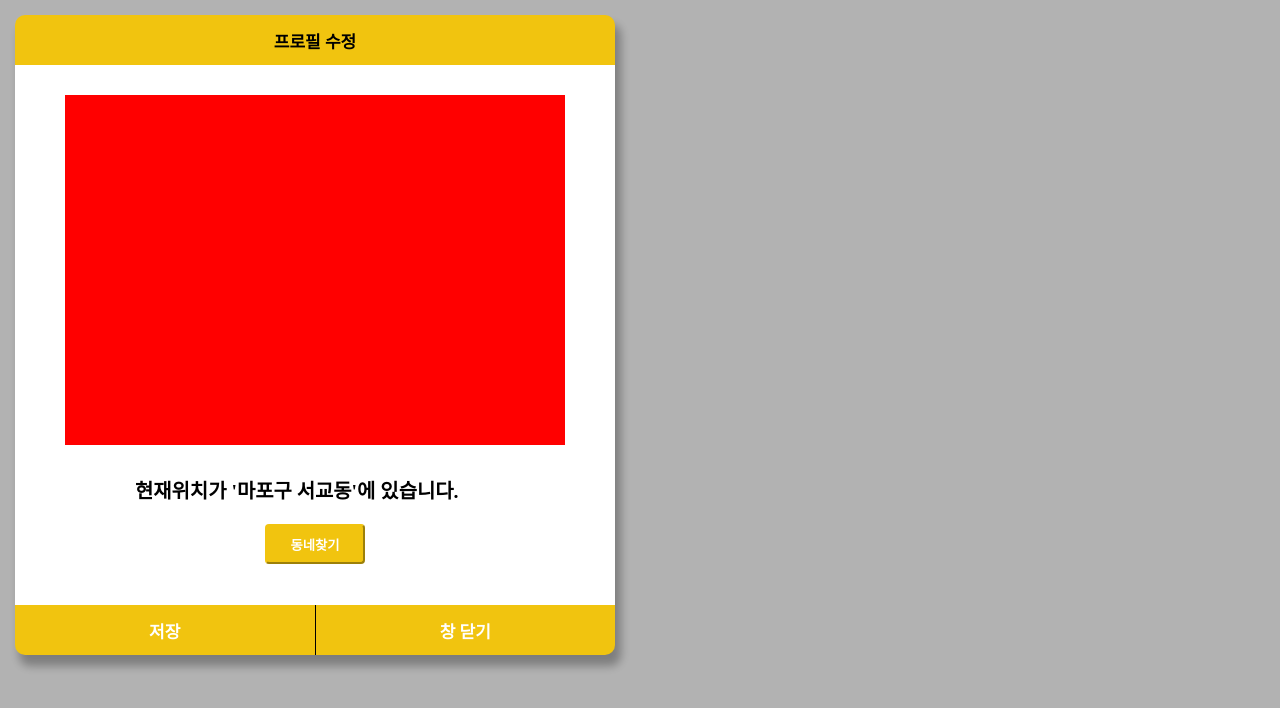
Repository: Corn-Market/Front-end
Page: http://localhost/CornMarket/resources/views/popup_profile_update.jsp
An editor plug-in stored every save of this project. The page is shown before and after the next save, followed by the edit.
The browser window is 1280 px wide. The pictures show the whole page.
The page is served by Tomcat 9.

Above is the page before, as saved 2022-12-19 06:18:48.

After the next save:
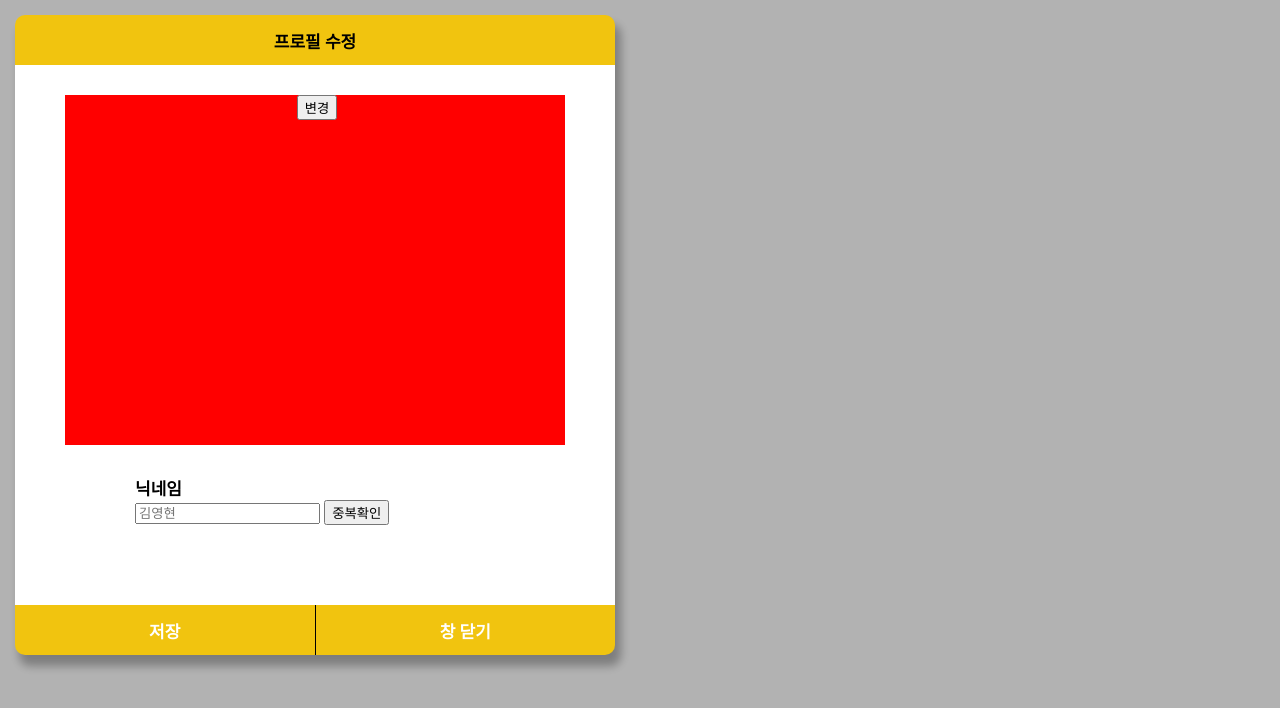
Saved 58 s later.
--- a/CornMarket/src/main/webapp/resources/views/popup_profile_update.jsp
+++ b/CornMarket/src/main/webapp/resources/views/popup_profile_update.jsp
@@ -20,10 +20,17 @@
             <div class="popup-body">
               <div class="body-content">
                 <div class="body-titlebox">
+                	<div class="update_first">
+            			<img>
+            			<input type="button" value="변경" onclick="change_img()">
+        			</div>
                 </div>
                 <div class="body-contentbox">
-                	<h3>현재위치가 '마포구 서교동'에 있습니다.</h3>
-                  	<input type="button" class="search_btn" value="동네찾기">
+                	 <div class="up_main">
+                		<div class="up_title">닉네임</div>
+                		<input type="text" placeholder="김영현" class="update_nickname">
+                		<input type="button" value="중복확인" class="double_check">
+           			 </div>
                 </div>
               </div>
             </div>
